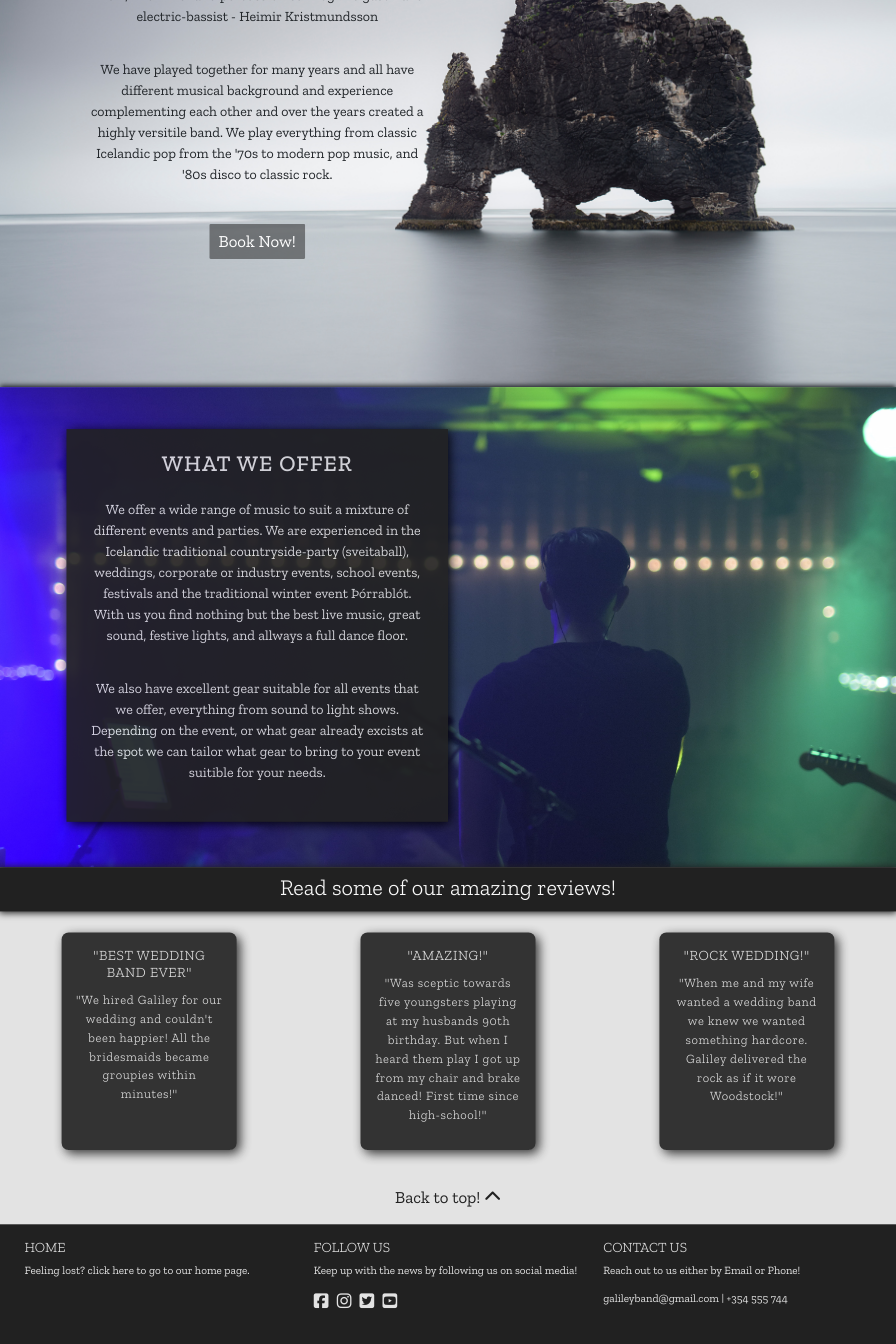
Repository: HeimirDavid/Galiley-Website
Page: index.html
The author's editor kept a record of every edit. The page is drawn from the files as they stood at one moment, then again after the next edit.
The browser window is 1280 px wide. The pictures show the part of the page from y = 850 to 2770 px (the page is 2770 px tall), at 70% of full size.
Backgrounds fixed to the window are drawn as part of the page. Some web libraries are served in a nearby version.

Above is the page before.

### index.html
<!DOCTYPE html>
<html lang="en">

<head>
    <meta charset="UTF-8">
    <meta name="viewport" content="width=device-width, initial-scale=1.0">
    <meta http-equiv="X-UA-Compatible" content="ie=edge">

    <link rel="stylesheet" href="https://stackpath.bootstrapcdn.com/bootstrap/4.3.1/css/bootstrap.min.css" integrity="sha384-ggOyR0iXCbMQv3Xipma34MD+dH/1fQ784/j6cY/iJTQUOhcWr7x9JvoRxT2MZw1T" crossorigin="anonymous">
    <link rel="stylesheet" href="https://cdnjs.cloudflare.com/ajax/libs/hover.css/2.3.1/css/hover-min.css" type="text/css" />
    <link rel="stylesheet" href="assets/css/style.css" type="text/css" />

    <script src="https://code.jquery.com/jquery-3.3.1.slim.min.js" integrity="sha384-q8i/X+965DzO0rT7abK41JStQIAqVgRVzpbzo5smXKp4YfRvH+8abtTE1Pi6jizo" crossorigin="anonymous"></script>
    <script src="https://cdnjs.cloudflare.com/ajax/libs/popper.js/1.14.7/umd/popper.min.js" integrity="sha384-UO2eT0CpHqdSJQ6hJty5KVphtPhzWj9WO1clHTMGa3JDZwrnQq4sF86dIHNDz0W1" crossorigin="anonymous"></script>
    <script src="https://stackpath.bootstrapcdn.com/bootstrap/4.3.1/js/bootstrap.min.js" integrity="sha384-JjSmVgyd0p3pXB1rRibZUAYoIIy6OrQ6VrjIEaFf/nJGzIxFDsf4x0xIM+B07jRM" crossorigin="anonymous"></script>
    <script src="https://kit.fontawesome.com/2ea8c5e5d2.js" crossorigin="anonymous"></script>

    <title>Galiley</title>
</head>

<body>
    <header>
        <!------ Header Navigation Menu, Mainly written with bootstrap  ------>
        <div class="row no-gutters">
            <div class="col black-container">
                <nav class="navbar fixed-top navbar-expand-md navbar-dark bg-dark" id="navbar-black-color">
                    <!-- Navbar position with help of this  -->
                    <a class="navbar-brand" href="index.html">Galiley - Home</a>
                    <!-- tutorial: https://www.youtube.com/watch?v=NzjU1GmKosQ&t=90s  -->
                    <button class="navbar-toggler" type="button" data-toggle="collapse" data-target="#navbarSupportedContent" aria-controls="navbarSupportedContent" aria-expanded="false" aria-label="Toggle navigation">
                    <span class="navbar-toggler-icon"></span></button>
                    <div class="collapse navbar-collapse" id="navbarSupportedContent">
                        <ul class="navbar-nav m-auto">
                            <li class="nav-item menuitem active-item">
                                <a class="nav-link" href="index.html"><span>Home</span></a>
                            </li>
                            <li class="nav-item menuitem">
                                <a class="nav-link" href="media.html"><span>Media</span></a>
                            </li>
                            <li class="nav-item menuitem">
                                <a class="nav-link" href="schedule.html"><span>Schedule</span></a>
                            </li>
                            <li class="nav-item menuitem">
                                <a class="nav-link" href="pricing.html"><span>Pricing</span></a>
                            </li>
                            <li class="nav-item menuitem">
                                <a class="nav-link" href="contact.html"><span>Contact</span></a>
                            </li>
                        </ul>
                    </div>
                </nav>
            </div>
        </div>

        <!------ Header Logo Image ------>
        <div class="logo-container">
            <div class="row no-gutters">
                <div class="col header-background-img">
                    <a href="#">
                    <img class="logo-white" src="assets/images/galiley_vit.png">
                </a>
                </div>
            </div>
        </div>

        <!------ Header Text  ------>
        <div class="row no-gutters">
            <div class="col h1-heading">
                <h1>Galiley - The Band For Your Next Event!</h1>
            </div>
        </div>
    </header>

    <!-- About section, inspired by sample projects at CI more specific Haley Schafer - StudentExampleProjectGradeFive-->
    <section id="about-image">
        <div class="container">
            <div class="row about-offer-row">
                <div class="col-md-6 text-center">
                    <h2 class="header-h2 uppercase">
                        About Galiley
                    </h2>
                    <p class="p-text">
                        We are an Icelandic band of five people of which are some of the most respected, well established and greatly experienced musicians in the north of Iceland. We feature lead singer - Freyþór Hrafn, pianist and backing vocalist - Gúðjón Jónsson, guitarist
                        and backing vocalist - Daniel Andri, Drummer and percussionist - Logi Helgason and electric-bassist - Heimir Kristmundsson
                    </p>
                    <p class="p-text">
                        We have played together for many years and all have different musical background and experience complementing each other and over the years created a highly versitile band. We play everything from classic Icelandic pop from the '70s to modern pop music,
                        and '80s disco to classic rock.
                    </p>
                    <!------ Book Now button -->
                <div class="row text-center">
                    <div class="col gotop-col">
                        <a class="btn btn-secondary btn-book" href="contact.html" role="button">Book Now!</a>
                    </div>
                </div>
                </div>
            </div>
        </div>
    </section>

    <!------ What We Offer - Section ------>
    <section id="offer-image">
        <div class="container">
            <div class="row about-offer-row offer-row text-center">
                <div class="col-md-6 offer-card text-center">
                    <h2 class="header-h2 uppercase">
                        What we offer
                    </h2>
                    <p class="p-text offer-text">
                        We offer a wide range of music to suit a mixture of different events and parties. We are experienced in the Icelandic traditional countryside-party (sveitaball), weddings, corporate or industry events, school events, festivals and the traditional winter
                        event Þórrablót. With us you find nothing but the best live music, great sound, festive lights, and allways a full dance floor.
                    </p>
                    <p class="p-text offer-text">
                        We also have excellent gear suitable for all events that we offer, everything from sound to light shows. Depending on the event, or what gear already excists at the spot we can tailor what gear to bring to your event suitible for your needs.
                    </p>
                </div>
            </div>
        </div>
    </section>

    <!------ Reviews section - Header ------>
    <section>
        <!-- Review header -->
        <div class="row no-gutters">
            <div class="col review-header">
                <h2>Read some of our amazing reviews!</h2>
            </div>
        </div>

        <!------ Three review cards, use bootstrap grid system ------>
        <div class="container-fluid green-black-img">
            <div class="row">
                <div class="col-md-4 review-cards">
                    <h5 class="cards-header uppercase">"Best wedding band ever"</h5>
                    <p class="review-p">"We hired Galiley for our wedding and couldn't been happier! All the bridesmaids became groupies within minutes!"</p>
                </div>
                <div class="col-md-4 review-cards">
                    <h5 class="cards-header uppercase">"Amazing!"</h5>
                    <p class="review-p">"Was sceptic towards five youngsters playing at my husbands 90th birthday. But when I heard them play I got up from my chair and brake danced! First time since high-school!"</p>
                </div>
                <div class="col-md-4 review-cards">
                    <h5 class="cards-header uppercase">"Rock Wedding!"</h5>
                    <p class="review-p">"When me and my wife wanted a wedding band we knew we wanted something hardcore. Galiley delivered the rock as if it wore Woodstock!"</p>
                </div>
            </div>
            <!------ Go to top button at the bottom of the page -->
            <div class="row text-center">
                <div class="col gotop-col">
                    <a class="gotopbtn" href="#">
                        <span>Back to top!</span>
                        <i class="fas fa-chevron-up"></i>
                    </a>
                </div>
            </div>
        </div>
    </section>

    <footer>
        <!------ Footer section, Mainly structured and written with the help from CI tutorials from the Resume-Project.
                             Since i liked the design and strucure and felt that it fits well within this project. ------>
        <div class="container-fluid">
            <div class="row" id="footer-details">
                <div class="col-sm-4">
                    <h5 class="uppercase footer-heading">
                        <a href="index.html" class="footer-links">Home</a>
                    </h5>
                    <p class="inline-block">Feeling lost? click here to go to our home page.</p>
                </div>

                <div class="col-sm-4">
                    <h5 class="uppercase footer-heading">Follow Us</h5>
                    <p class="inline-block">Keep up with the news by following us on social media!</p>
                    <ul class="list-inline social-media-links">
                        <li class="list-inline-item">
                            <a class="footer-links" target="_blank" href="https://www.facebook.com/GalileyBand/">
                                <i class="fab fa-facebook-square"></i>
                                <span class="sr-only">Facebook</span>
                            </a>
                        </li>
                        <li class="list-inline-item">
                            <a class="footer-links" target="_blank" href="#">
                                <i class="fab fa-instagram"></i>
                                <span class="sr-only">Instagram</span>
                            </a>
                        </li>
                        <li class="list-inline-item">
                            <a class="footer-links" target="_blank" href="#">
                                <i class="fab fa-twitter-square"></i>
                                <span class="sr-only">Twitter</span>
                            </a>
                        </li>
                        <li class="list-inline-item">
                            <a class="footer-links" target="_blank" href="#">
                                <i class="fab fa-youtube-square"></i>
                                <span class="sr-only">Youtube</span>
                            </a>
                        </li>
                    </ul>
                </div>

                <div class="col-sm-4">
                    <h5 class="uppercase footer-heading">Contact Us</h5>
                    <p class="inline-block">Reach out to us either by Email or Phone!</p>
                    <p>galileyband@gmail.com | +354 555 744</p>
                </div>
            </div>
        </div>
    </footer>
</body>

</html>

### assets/css/style.css
@import url('https://fonts.googleapis.com/css?family=Zilla+Slab:300,400,500,600,700&display=swap');

html {
    scroll-behavior: smooth;
}

body {
    font-family: 'Zilla Slab', serif;
    background-color: #e3e3e3;
    overflow-x: hidden;
}

/*--------------------------------- Colour */

.green-color {
    background-color: #35af7e;
}

.grey-color {
    background-color: #c5c5c5;
}

.grey-blue {
    background-color: #76809a;
}
/*------------------------------- Special padding/margins/text */

h1, h2, h3, h4, h5 {
    margin: 0;
}

.uppercase {
    text-transform: uppercase;
}

.inline-block {
    display: inline-block;
}

.block-devider {
    width: 75px;
    height: 5px;
    background-color: #212121;
}

.block-devider-white {
    width: 75px;
    height: 5px;
    background-color: #e3e3e3;
}

.container-fluid {
    padding: 0;
}

.row {
    margin-right: 0;
    margin-left: 0;
}

/*--------------------------------- General and shares styles/items */

.text-center {
    text-align: center;
}

.item-center {
    item-align: center;
}

.gotop-col {
    padding: 20px;
}

.gotopbtn {
    text-align: center;
    text-decoration: none;
    color: #212121;
    font-size: 1.5em;
    margin: 20px 20px;
    transition: ease-in-out 0.3s;
    -moz-transition: ease-in-out 0.3s;
    -webkit-transition: ease-in-out 0.3s;
    -o-transition: ease-in-out 0.3s;
}

.gotopbtn:hover {
    color: #a5a5a5;
    text-decoration: none;
}

.btn-book {
    font-size: 24px;
    border-radius: 2px;
    background-color: rgba(33, 33, 33, 0.5);
    border-color: rgba(33, 33, 33, 0)
}

/*--------------------------------- Headings text styles */

.header-h2 {
    font-weight: 500;
    padding: 10px 10px 20px 10px;
    letter-spacing: 1.5px;
}

.header-h3

.header-h4 {
    font-weight: 400;
    letter-spacing: 0.8px;
    font-size: 28px;
    padding: 10px;
}

.header-h5 {
    font-weight: 400;
    font-size: 24px;
    letter-spacing: 0.8px;
    padding: 10px;
}

/*--------------------------------- Navbar/Menu */

.navbar {
    opacity: 0.9;
    text-align: center;
    padding-bottom: 1.2em;
}

.menuitem {
    height: 50px;
    text-align: center;
    padding-left: 10px;
    padding-right: 10px;
    margin: 0px 10px 0px 10px;
    border: 1px solid #e3e3e3;
    transition: ease-in-out 0.3s;
    -moz-transition: ease-in-out 0.3s;
    -webkit-transition: ease-in-out 0.3s;
    -o-transition: ease-in-out 0.3s;
}

.menuitem a {
    width: 100%;
    text-decoration: none;
    color: #e3e3e3;
}

.menuitem a i {
    padding-top: 22px;
    display: block;
    color: #e3e3e3;
    font-size: 26px;
}

.menuitem span {
    display: block;
    width: 100%;
    padding-top: 5px;
    text-align: center;
    text-transform: uppercase;
    font-size: 14px;
    font-weight: 400;
    letter-spacing: 2px;
    transition: ease-in-out 0.3s;
    -moz-transition: ease-in-out 0.3s;
    -webkit-transition: ease-in-out 0.3s;
    -o-transition: ease-in-out 0.3s;
    color: #e3e3e3;

}

.menuitem:hover {
    background-color: #e3e3e3;
}

.menuitem:hover.menuitem span {
    color: #212121;
}

.navbar::before,     /* Before and After used from inspiration of this tutorial: https://www.youtube.com/watch?v=zGiirUiWslI   */
.navbar::after {
    content: "";
    margin-left: 2em;
    margin-right: 2em;
    width: 18%;
    height: 0.2em;
    background-color: #e3e3e3;
}

.navbar-nav .active-item span {
    color: #212121;
}

.navbar-nav .active-item {
    background-color: #e3e3e3;
}

.navbar::after {
    width: 20%;
}

.fixed-top {
    padding-top: 1.2em;
}

.navbar-brand {
    display: none;
}

#navbar-black-color {
    background-color: #212121!important;
}




/*--------------------------------- Header */

.black-container {
    position: relative;
    top: 0;
    left: 0;
    width: 100%;
    height:6em;
    background-color: #000;
}

.h1-heading {
    color: #fafafa;
    padding: 10px 0px 15px 0px;
    text-align: center;
    background-color: #212121;
    box-shadow: 0px 10px 30px -10px #212121;
}

.h1-heading h1 {
    font-weight: 300;
}

.header-background-img {
    display: block;
    background-image: url("../images/galiley_diddi.jpg");
    padding: 20px;
    background-size: cover;
}

/*
.logo-container {
    margin-top: 7%;
}
*/

.logo-white {
    opacity: 1.9;
    display: block;
    margin-left: auto;
    margin-right: auto;
    width: 70%;
}

/*--------------------------------- Footer */

footer {
    background-color: #212121;
    color: #e3e3e3;
    min-height: 100px;
    margin: 0;
}

.footer-heading {
    font-weight: 300;
    text-decoration: none;
    margin-bottom: 10px;
}

.footer-heading a {
    transition: ease-in-out 0.3s;
    -moz-transition: ease-in-out 0.3s;
    -webkit-transition: ease-in-out 0.3s;
    -o-transition: ease-in-out 0.3s;
}

.footer-heading a:hover {
    color: #a5a5a5;
    text-decoration: none;
}

.footer-links {
    color: #e3e3e3;
}

.social-media-links {
    padding-bottom: 10px;
}

.social-media-links li a i {
    font-size: x-large;
    padding: 10px 0px;
    line-height: 10px;
    transition: ease-in-out 0.3s;
    -moz-transition: ease-in-out 0.3s;
    -webkit-transition: ease-in-out 0.3s;
    -o-transition: ease-in-out 0.3s;
}

.social-media-links li a i:hover {
    color: #35af7e;
}

#footer-details {
    padding: 20px;
}

/*--------------------------------- About - Section / What we offer - Section */

.about-offer-row {
    padding: 20px 0px;
}

.p-text {
    font-size: 20px;
    padding: 10px 10px 20px 10px;
}

.about-row {
    padding: 60px 10px 20px 10px;
}

.offer-card {
    background-color: #212121;
    color: #e3e3e3;
    padding: 20px;
    margin-bottom: 45px;
    box-shadow: 3px 3px 15px 0px #000;
    opacity: 0.9;
}

/*--------------------------------- Reviews - section */

.review-header {
    background-color: #212121;
    color: #fafafa;
    padding: 10px 0px 15px 0px;
    text-align: center;
    box-shadow: 0px 1px 10px 1px #212121;
}

.review-header h2 {
    font-weight: 300;
}

.review-cards {
    background-color: #212121;
    color: #e3e3e3;
    opacity: 0.9;
    max-width: 250px;
    padding: 20px;
    margin: 30px;
    margin-right: auto;
    margin-left: auto;
    text-align: center;
    border-radius: 10px;
    box-shadow: 5px 5px 15px 0px #212121;
}

.cards-header {
    font-weight: 300;
    letter-spacing: 0.8px;
    margin-bottom: 15px;
}

.review-p {
    font-size: 18px;
    font-weight: 200;
    letter-spacing: 0.8px;
}

/*--------------------------------- Setlist Section / Video Section */

.spotify-header-row {
    background-color: #35af7e;
}

.media-header {
    padding: 20px;
    font-weight: 300;
    font-size: 38px;
}

.spotify-row {
    margin-bottom: 40px;
}

.setlist-header-col {
    color: #000;
    padding: 30px;
}

.media-h4 {
    font-weight: 300;
    font-size: 30px;
    padding: 10px;
}

.media-p {
    font-size: 22px;
    font-weight: 300;
}

.spotify-col {
    color: #e3e3e3;
    background-color: rgba(0, 0, 0, 0.5);
    margin: auto;
    margin-top: 20px;
    padding: 20px 10px 0px 10px;
    max-width: 300px;
    border-radius: 12px;
    border-radius: 10px;
    box-shadow: 5px 5px 15px 0px #212121;
}

.spotify-col::before {
    content: "";
    top: 0;
    left: 0;
    background-color: #212121;
    height: 100px;
    width: 1em;
}

.spotify-player {
    opacity: .96;
}

.video-header-col {
    background-color: #212121;
    color: #e3e3e3;
    padding: 20px 0px;
    box-shadow: 0px 10px 30px -10px #212121;
}

.youtube-col {
    padding: 10px;
}

.youtube-container {  /*   Code copied to make youtube player responsive. Source: https://avexdesigns.com/responsive-youtube-embed/    */
position: relative;
padding-bottom: 56.25%;
padding-top: 30px; height: 0; overflow: hidden;
}

.youtube-container iframe,
.youtube-container object,
.youtube-container embed {
position: absolute;
top: 0;
left: 0;
width: 100%;
height: 100%;
}

/*--------------------------------- Pricing */

.pricing-col {
    padding-top: 30px;
    height: 100%;
    background-color: #4b4b4b;
    color: #e3e3e3;
}

.package-header-row {
    padding-top: 30px;
    color: #e3e3e3;
}

.package-row {
    padding-top: 30px;
    color: #e3e3e3;
}

.package-cards {
    box-shadow: 1px 1px 1px 1px #cacaca;
    padding: 20px 10px;
    margin-top: 15px;
    margin-bottom: 15px;
}

.package-cards ul {
    list-style: none;
    padding:0;
}

.package-cards ul li {
        margin: 10px 0px;
}
/*--------------------------------- Media Queries */

@media (max-width: 767px) {

    .navbar::before,
    .navbar::after {
        display: none;
    }

    .navbar-brand {
        display: block;
    }

    .fixed-top {
        padding: 1em;
    }

    .reviews-container {
        background-color: #e3e3e3;
    }

    .reviews-container {
        background: #e3e3e3;
    }

    .package-row,
    .package-row .package-header-row
    {
        background-color: #e3e3e3;
        color: #212121;
    }
}

@media (min-width: 767px) {

    /* Images use and fixed image website layout inspiried by this tutorial: https://www.youtube.com/watch?v=PWoOpJtkyjI */
    #about-image { /* Image from unsplash taken by Luca Baggio */
        background-image: url("../images/about-background.jpg");
        background-attachment: fixed;
        background-size: cover;
        height: 120vh;
        width: 100%;
    }

    #spotify-background-img {
        background-image: url("../images/spotify-background-img.jpg");
        background-attachment: fixed;
        background-size: cover;
        height: 120vh;
        width: 100%;
    }

    #offer-image {
        background-image: url("../images/galiley-offer.jpg");
        background-attachment: scroll;
        background-size: cover;
        height: 100%;
        width: 100%;
        box-shadow: 0px -3px 7px 0px;
    }

    #packages-img {
        background-image: url("../images/packages-img.jpg");
        background-attachment: scroll;
        background-size: cover;
        height: 100%;
        width: 100%;
    }

    /*
    .green-black-img {
        background-image: url("../images/setlist-background.png");
        background-attachment: fixed;
        background-size: cover;
        box-shadow: 0px -3px 7px 0px;
    }
    */

    .about-offer-row {
    padding: 60px 10px 20px 10px;
    }

    .youtube-row {
        padding-top: 50px;
    }

    .youtube-col {
        padding: 10px 100px;
    }
}

@media (min-width: 767px) and (max-width: 1000px) {
    #about-image {
        background-image: url("../images/about-background.jpg");
        background-attachment: fixed;
        background-size: cover;
        height: 200vh;
        width: 100%;
    }

        #spotify-background-img {
        background-image: url("../images/spotify-background-img.jpg");
        background-attachment: fixed;
        background-size: cover;
        height: 250vh;
        width: 100%;
    }
}

@media (max-width: 576px) {
    /* To get rid of padding and margin to link up "Offer section" and "reviews section" in mobile view */
    .about-offer-row {
    padding-top: 20px;
    }

    .offer-card {
        margin: 0;
    }
}

After the next edit:
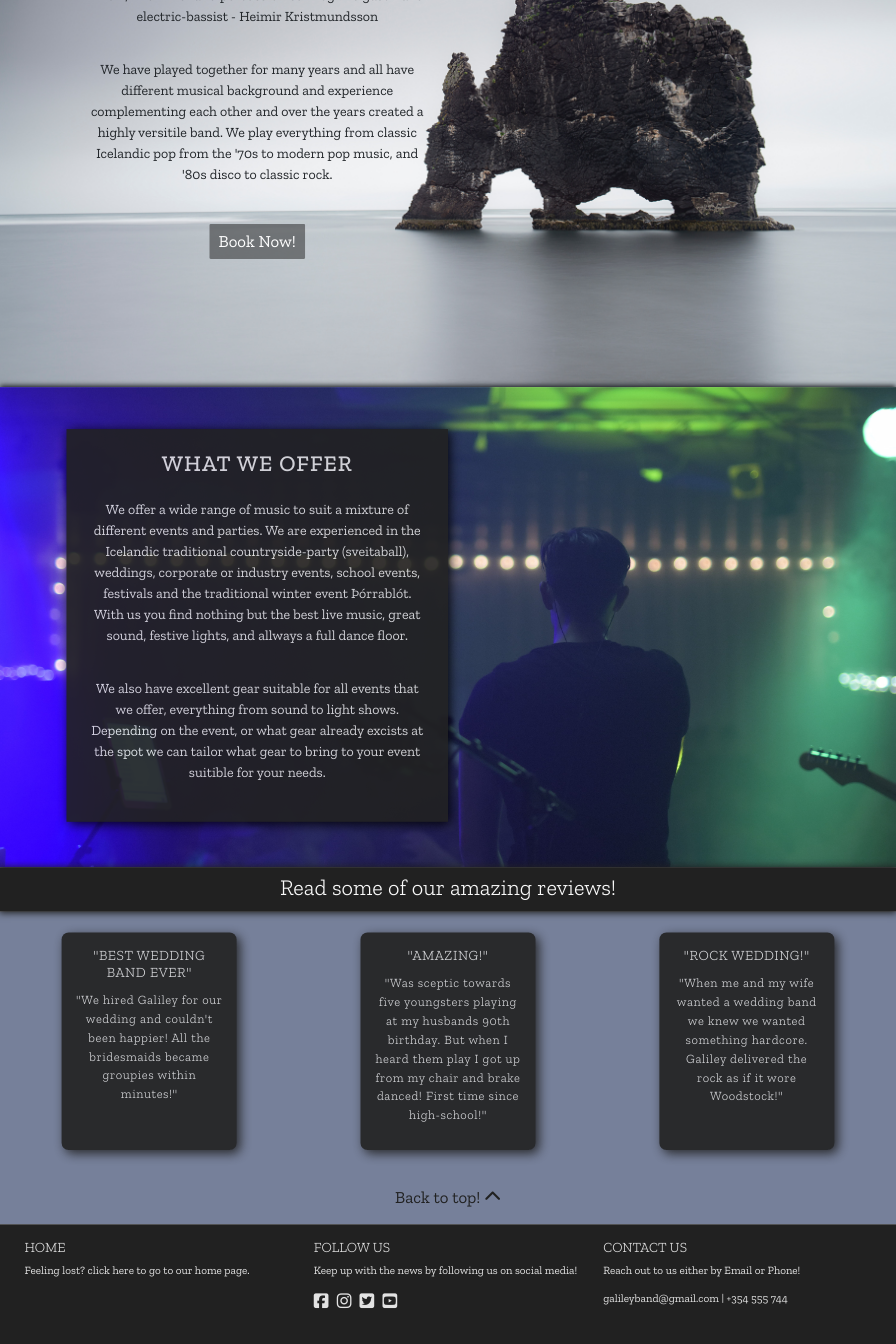
The edit:
--- a/index.html
+++ b/index.html
@@ -128,7 +128,7 @@
         </div>
 
         <!------ Three review cards, use bootstrap grid system ------>
-        <div class="container-fluid green-black-img">
+        <div class="container-fluid grey-blue">
             <div class="row">
                 <div class="col-md-4 review-cards">
                     <h5 class="cards-header uppercase">"Best wedding band ever"</h5>
